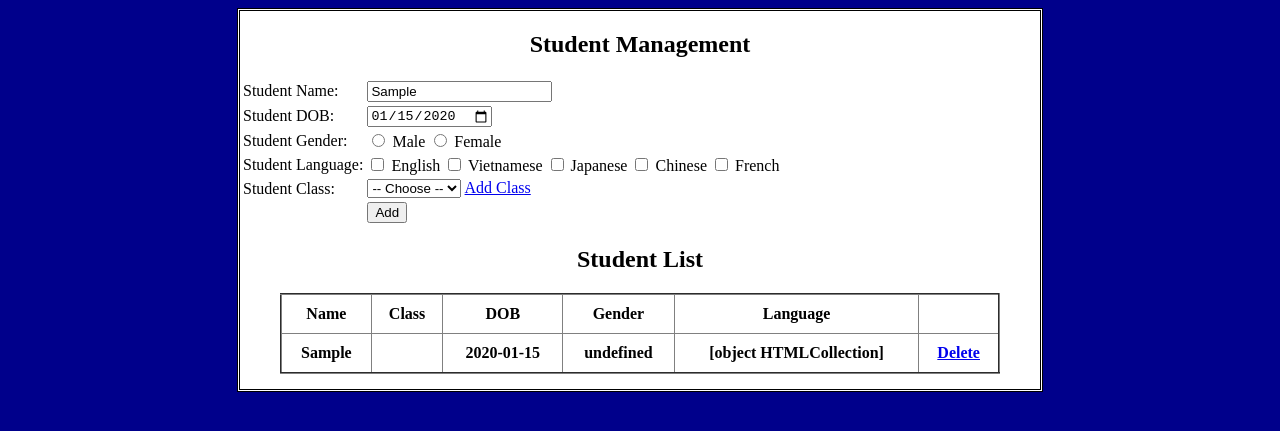
Repository: AnhDuc0125/HTML-Aptech
Page: exam/nextPage.html
An editor plug-in stored every save of this project. The page is shown before and after the next save, followed by the edit.
The browser window is 1280 px wide. The pictures show the whole page.
Empty fields were first filled with sample values (such as "Sample", 5 or name@example.com).
After loading, the first visible `button` was clicked once.

Above is the page before, as saved 2021-12-04 23:38:59.

After the next save:
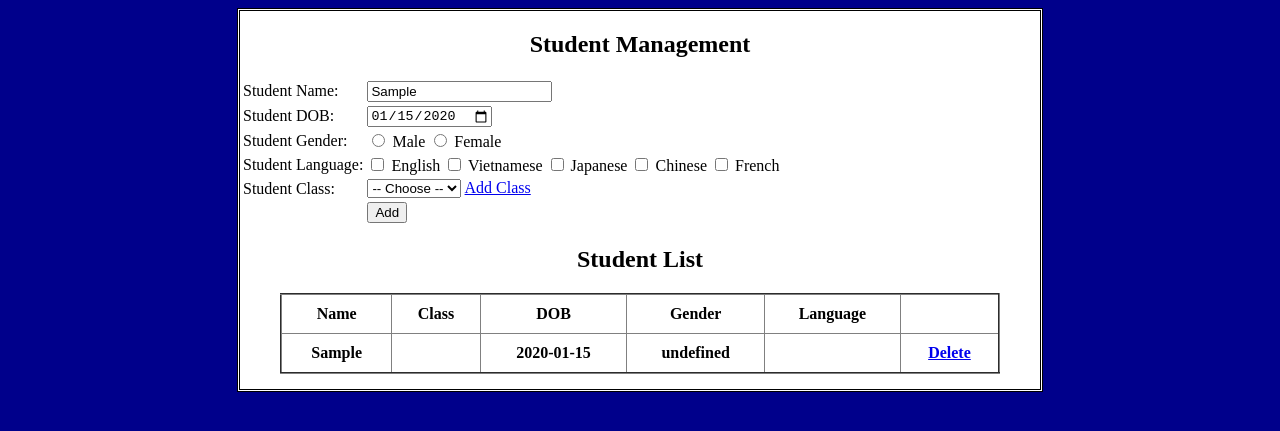
Saved 3 min 10 s later.
--- a/exam/nextPage.html
+++ b/exam/nextPage.html
@@ -104,15 +104,12 @@
                         break;
                     }
                 }
-            language = document.getElementsByClassName('language_list')
+            languageTag = document.getElementsByClassName('language_list')
             for(i=0; i<language.length; i++){
-                if(language[i].checked) {
-                    console.log(language[count])
-                    // continue
+                if(languageTag[i].checked) {
+                    language.splice(count, 1)
                 }
-                // else {
-                //     // language.splice(count, 1)
-                // }
+
                 count++
             }
 
